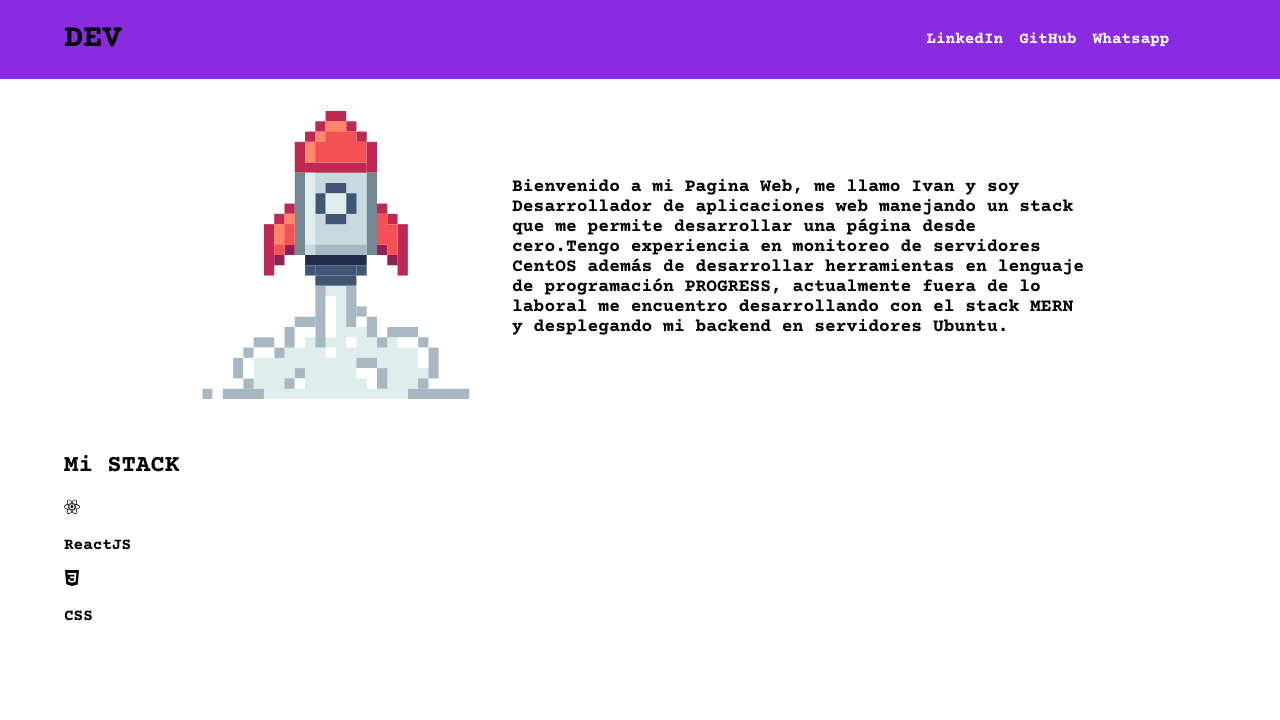
Repository: FxIvan/myweb
Page: /
An editor plug-in stored every save of this project. The page is shown before and after a run of saves, followed by the edit.
The browser window is 1280 px wide. The pictures show the whole page.
The project was rebuilt for these pictures with package versions that can differ from the ones it lists, and the page was loaded fresh each time.

Above is the page before, as saved 2022-11-03 11:35:29.

After the next 2 saves:
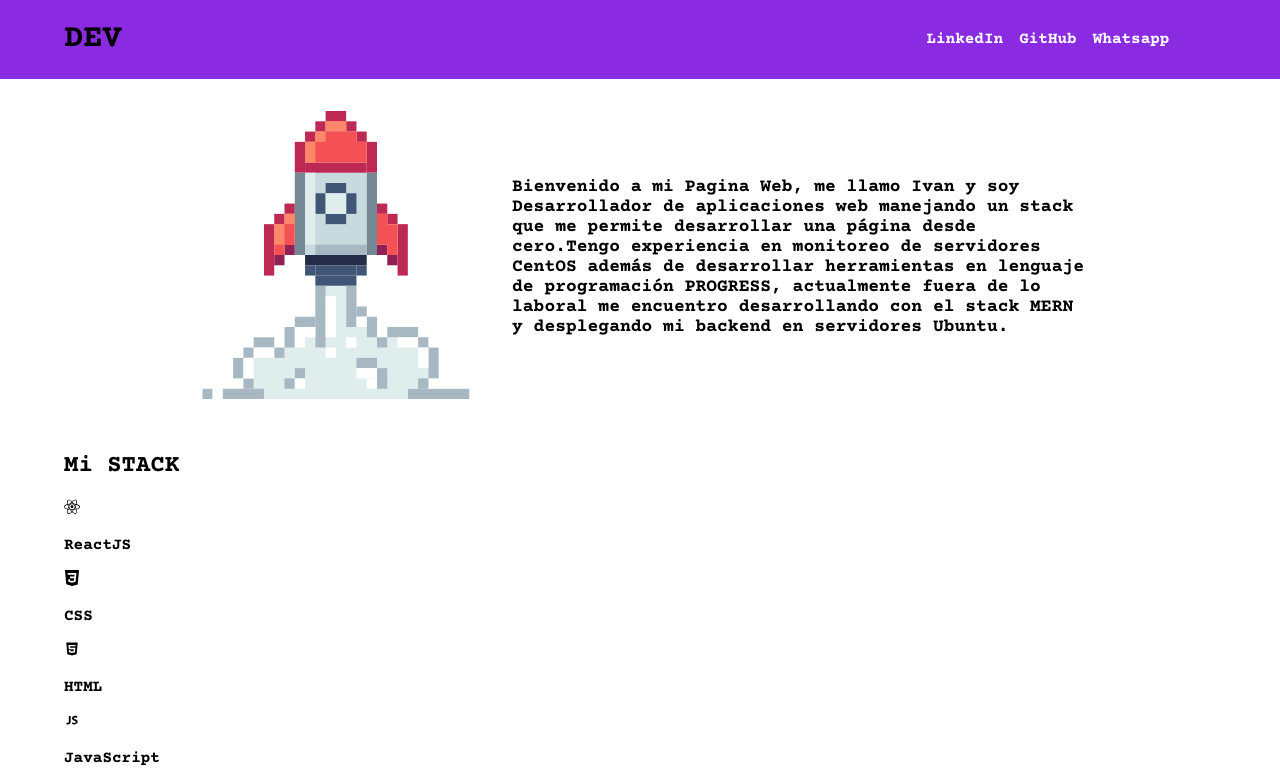
The 2 saves are shown as one change because they came seconds apart.
The last was saved 114 s later.
--- a/src/component/stack/stack.js
+++ b/src/component/stack/stack.js
@@ -2,6 +2,8 @@
 import '../css/stack.css'
 import { GrReactjs } from 'react-icons/gr';
 import { SiCss3 } from 'react-icons/si';
+import { AiFillHtml5 } from 'react-icons/ai';
+import { DiJavascript1 } from 'react-icons/di';
 
 export const Stack = () =>{
     return(
@@ -23,7 +25,14 @@
                             </div>
                         </div>
                         <div>
-
+                            <div>
+                                <AiFillHtml5/>
+                                <p>HTML</p>
+                            </div>
+                            <div>
+                                <DiJavascript1/>
+                                <p>JavaScript</p>
+                            </div>
                         </div>
                     </div>
                     <div>
